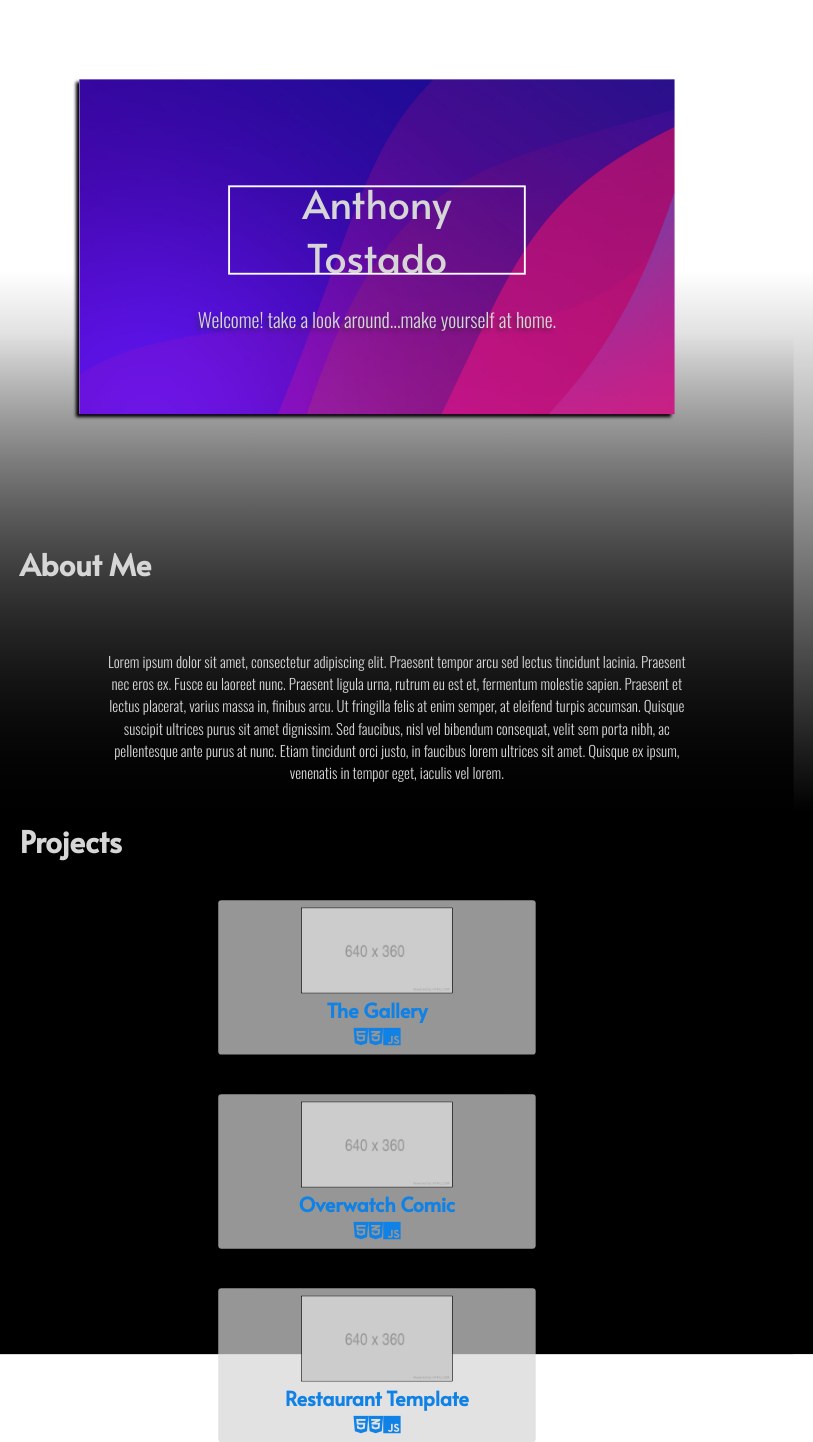
Repository: sloppytony/newport
Page: / (app in portfolio/)
These files come from the project's save history. The page is drawn as it stood at one moment and after the next save; the edit follows.
The browser window is 1280 px wide. The page is 1312 px wide, so the pictures cover 1312 px, including what lies to the right of the window. The pictures show the whole page, at 62% of full size.
Some web libraries are served in a nearby version. The project was rebuilt for these pictures with package versions that can differ from the ones it lists, and the page was loaded fresh each time.

Above is the page before, as saved 2020-08-23 15:27:37.

### portfolio/public/index.html
<!DOCTYPE html>
<html lang="en">
  <head>
    <meta charset="utf-8" />
    <link rel="icon" href="%PUBLIC_URL%/favicon.ico" />
    <meta name="viewport" content="width=device-width, initial-scale=1" />
    <meta name="theme-color" content="#000000" />
    <meta
      name="description"
      content="Web site created using create-react-app"
    />
    <link rel="apple-touch-icon" href="%PUBLIC_URL%/logo192.png" />
    <!--
      manifest.json provides metadata used when your web app is installed on a
      user's mobile device or desktop. See https://developers.google.com/web/fundamentals/web-app-manifest/
    -->
    <link rel="manifest" href="%PUBLIC_URL%/manifest.json" />
    <!--
      Notice the use of %PUBLIC_URL% in the tags above.
      It will be replaced with the URL of the `public` folder during the build.
      Only files inside the `public` folder can be referenced from the HTML.

      Unlike "/favicon.ico" or "favicon.ico", "%PUBLIC_URL%/favicon.ico" will
      work correctly both with client-side routing and a non-root public URL.
      Learn how to configure a non-root public URL by running `npm run build`.
    -->
    <link
      href="https://fonts.googleapis.com/css2?family=Alata&family=Oswald:wght@300&display=swap"
      rel="stylesheet"
    />
    <script
      src="https://kit.fontawesome.com/9a01f23326.js"
      crossorigin="anonymous"
    ></script>
    <title>React App</title>
  </head>
  <body>
    <noscript>You need to enable JavaScript to run this app.</noscript>
    <div id="root"></div>
    <!--
      This HTML file is a template.
      If you open it directly in the browser, you will see an empty page.

      You can add webfonts, meta tags, or analytics to this file.
      The build step will place the bundled scripts into the <body> tag.

      To begin the development, run `npm start` or `yarn start`.
      To create a production bundle, use `npm run build` or `yarn build`.
    -->
  </body>
</html>

### portfolio/src/index.css
* {
  margin: 0;
  padding: 0;
  box-sizing: border-box;
}

body {
  background: linear-gradient(
    180deg,
    rgba(0, 0, 0, 0) 20%,
    rgba(0, 0, 0, 1) 60%
  );
}

### portfolio/src/App.js
import React from "react";

import "./App.css";

function App() {
  return (
    <body>
      <div className="section1-container">
        <div className="section1">
          <h1 className="mainTitle">Anthony Tostado</h1>
          <p className="mainPara">
            Welcome! take a look around...make yourself at home.
          </p>
          <h2 className="scroll">Scroll</h2>
        </div>
      </div>
      <div className="section2">
        <h1 className="aboutTitle">About Me</h1>
        <p className="aboutPara">
          Lorem ipsum dolor sit amet, consectetur adipiscing elit. Praesent
          tempor arcu sed lectus tincidunt lacinia. Praesent nec eros ex. Fusce
          eu laoreet nunc. Praesent ligula urna, rutrum eu est et, fermentum
          molestie sapien. Praesent et lectus placerat, varius massa in, finibus
          arcu. Ut fringilla felis at enim semper, at eleifend turpis accumsan.
          Quisque suscipit ultrices purus sit amet dignissim. Sed faucibus, nisl
          vel bibendum consequat, velit sem porta nibh, ac pellentesque ante
          purus at nunc. Etiam tincidunt orci justo, in faucibus lorem ultrices
          sit amet. Quisque ex ipsum, venenatis in tempor eget, iaculis vel
          lorem.{" "}
        </p>
      </div>
      <div className="section3">
        <h1 className="projectTitle">Projects</h1>
        <div className="projectContent">
          <div className="card1">
            <img
              className="cardImage"
              src={require("../src/img/640x360.png")}
            ></img>
            <h1 className="cardTitle">The Gallery</h1>
            <section className="icons">
              <i class="fab fa-html5 fa-2x"></i>
              <i class="fab fa-css3-alt fa-2x"></i>
              <i class="fab fa-js fa-2x"></i>
            </section>
          </div>
          <div className="card2">
            <img
              className="cardImage"
              src={require("../src/img/640x360.png")}
            ></img>
            <h1 className="cardTitle">Overwatch Comic</h1>
            <section className="icons">
              <i class="fab fa-html5 fa-2x"></i>
              <i class="fab fa-css3-alt fa-2x"></i>
              <i class="fab fa-js fa-2x"></i>
            </section>
          </div>
          <div className="card3">
            <img
              className="cardImage"
              src={require("../src/img/640x360.png")}
            ></img>
            <h1 className="cardTitle">Restaurant Template</h1>
            <section className="icons">
              <i class="fab fa-html5 fa-2x"></i>
              <i class="fab fa-css3-alt fa-2x"></i>
              <i class="fab fa-js fa-2x"></i>
            </section>
          </div>
        </div>
      </div>
    </body>
  );
}

export default App;

### portfolio/src/App.css
.image {
  width: 100%;
  height: 100%;
}

/*opening page*/
.section1 {
  height: 100vh;
  width: 100%;
  display: flex;
  justify-content: center;
  align-items: center;
  flex-direction: column;
}

div.section1-container {
  width: 75%;
  height: 75vh;
  background: url("./img/8_28_orig-Copy.png");
  margin: 10%;
  box-shadow: -5px 5px 5px;
}

.mainTitle {
  font-family: "Alata", sans-serif;
  font-weight: 100;
  font-size: 400%;
  display: flex;
  justify-content: center;
  align-items: center;
  text-align: center;
  color: rgb(214, 214, 214);

  animation: fadeIn 1.5s;
  border: 3px solid white;
  width: 50%;
  height: 20%;
}

.mainPara {
  font-family: "Oswald", sans-serif;
  font-size: 200%;
  display: flex;
  align-items: center;
  text-align: center;
  color: rgb(214, 214, 214);
  padding: 5%;
  text-shadow: -5px 5px 5px rgba(44, 44, 44, 0.5);
  animation: fadeIn 1.5s;
}

.scroll {
  font-family: "Oswald", sans-serif;
  font-size: 300%;
  padding-bottom: 2%;
  animation: pulse 2.5s infinite;
  color: rgb(214, 214, 214);
}

/*about*/
.section2 {
  height: 75vh;
  width: 100%;
  overflow: hidden;
  display: flex;
  align-items: center;
  justify-content: center;
  flex-direction: column;
  margin-bottom: 10%;
}

h1.aboutTitle {
  height: 20%;
  width: 100%;
  margin-left: 5%;
  font-family: "Alata", sans-serif;
  font-size: 300%;
  color: rgb(214, 214, 214);
}

p.aboutPara {
  width: 75%;
  height: 20vh;
  text-align: center;
  margin: 5%;
  font-size: 150%;
  font-family: "Oswald", sans-serif;
  color: rgb(214, 214, 214);
}

/*projects*/
.section3 {
  height: 100vh;
  width: 100%;

  color: rgb(16, 130, 230);
  display: flex;
  justify-content: center;
  align-items: center;
  flex-direction: column;
}

div.projectContent {
  width: 100%;
  display: flex;
  align-items: center;
  justify-content: center;
  flex-direction: column;
  margin-right: 10%;
}

h1.projectTitle {
  height: 20vh;
  width: 100%;
  margin-left: 5%;
  font-size: 300%;
  font-family: "Alata", sans-serif;
  color: rgb(214, 214, 214);
}

div.card1 {
  height: 50%;
  width: 40%;
  display: flex;
  justify-content: center;
  align-items: center;
  flex-direction: column;
  background: rgb(214, 214, 214, 0.7);
  border-radius: 5px 5px 5px;
  margin-left: 5%;
  padding: 1%;
  margin-top: 5%;
}

div.card2 {
  height: 50%;
  width: 40%;
  display: flex;
  justify-content: center;
  align-items: center;
  flex-direction: column;
  background: rgb(214, 214, 214, 0.7);
  border-radius: 5px 5px 5px;
  margin-left: 5%;
  padding: 1%;
  margin-top: 5%;
}

div.card3 {
  height: 50%;
  width: 40%;
  display: flex;
  justify-content: center;
  align-items: center;
  flex-direction: column;
  background: rgb(214, 214, 214, 0.7);
  border-radius: 5px 5px 5px;
  margin-left: 5%;
  padding: 1%;
  margin-top: 5%;
}

img.cardImage {
  width: 50%;
  border: 1px solid black;
}

h1.cardTitle {
  margin: 1%;
  font-size: 300;
  font-family: "Alata", sans-serif;
}

@keyframes fadeIn {
  from {
    opacity: 0;
  }
  to {
    opacity: 1;
  }
}

@keyframes pulse {
  0% {
    opacity: 0;
  }

  50% {
    opacity: 1;
  }
  100% {
    opacity: 0;
  }
}

Loaded but not shown: portfolio/src/index.js (common file); portfolio/src/serviceWorker.js (common file)

After the next save:
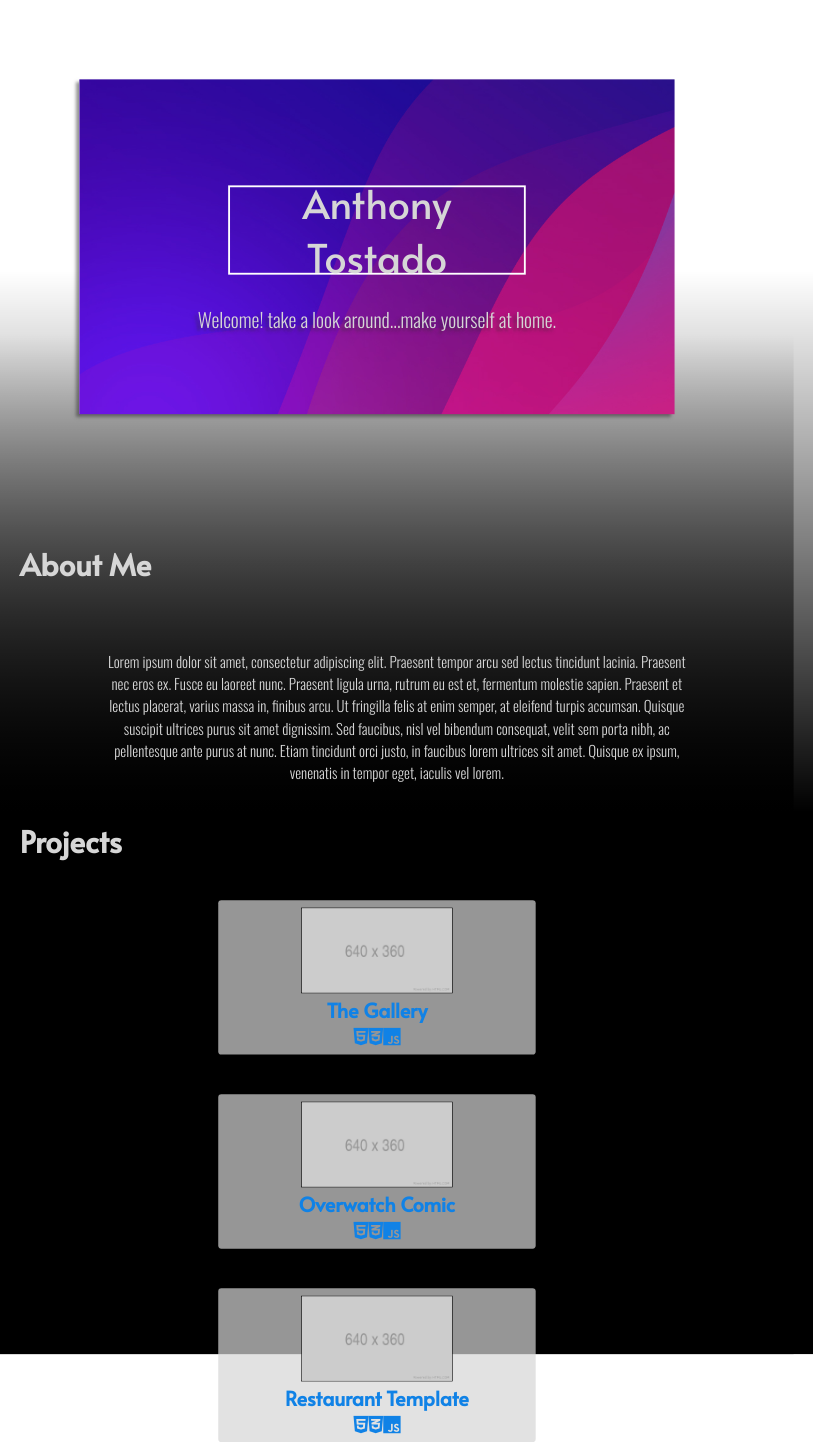
Saved 19 s later.
--- a/portfolio/src/App.css
+++ b/portfolio/src/App.css
@@ -18,7 +18,7 @@ div.section1-container {
   height: 75vh;
   background: url("./img/8_28_orig-Copy.png");
   margin: 10%;
-  box-shadow: -5px 5px 5px;
+  box-shadow: -5px 5px 5px rgba(44, 44, 44, 0.5);
 }
 
 .mainTitle {
